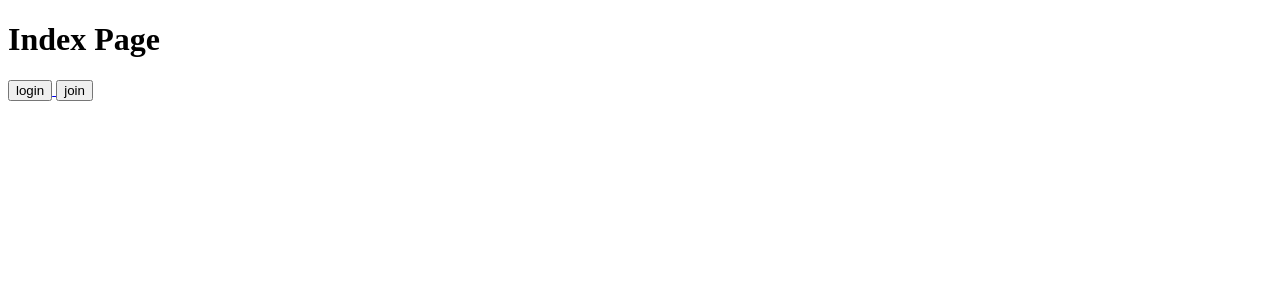
Repository: novemberjj/jsp
Page: http://localhost/jsp_project4/
These files come from the project's save history. The page is drawn as it stood at one moment and after the next save; the edit follows.
The browser window is 1280 px wide. The pictures show the whole page.
The page is served by Tomcat 9. Other server files are loaded and not shown.

Above is the page before, as saved 2023-05-30 01:03:23.

### jsp_project4/jsp_project4/src/main/webapp/index.jsp
<%@ page language="java" contentType="text/html; charset=UTF-8"
    pageEncoding="UTF-8"%>
<%@ taglib uri="http://java.sun.com/jsp/jstl/core" prefix="c"%>
<!DOCTYPE html>
<html>
<head>
<meta charset="UTF-8">
<title>Index</title>
</head>
<body>
<h1>Index Page</h1>

<a href="/mem/login"> <button type="button">login</button> </a>
<a href="/mem/join"> <button type="button">join</button> </a>

</body>
</html>

After the next save:
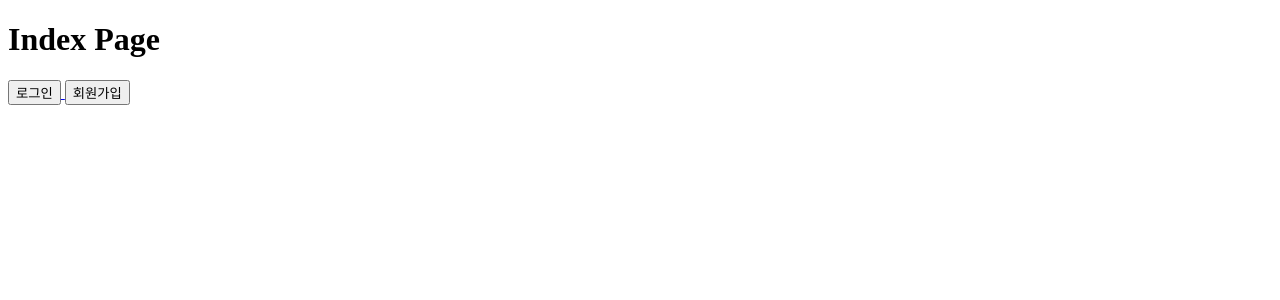
Saved 10 s later.
--- a/jsp_project4/jsp_project4/src/main/webapp/index.jsp
+++ b/jsp_project4/jsp_project4/src/main/webapp/index.jsp
@@ -10,8 +10,8 @@
 <body>
 <h1>Index Page</h1>
 
-<a href="/mem/login"> <button type="button">login</button> </a>
-<a href="/mem/join"> <button type="button">join</button> </a>
+<a href="/mem/login"> <button type="button">로그인</button> </a>
+<a href="/mem/join"> <button type="button">회원가입</button> </a>
 
 </body>
 </html>
